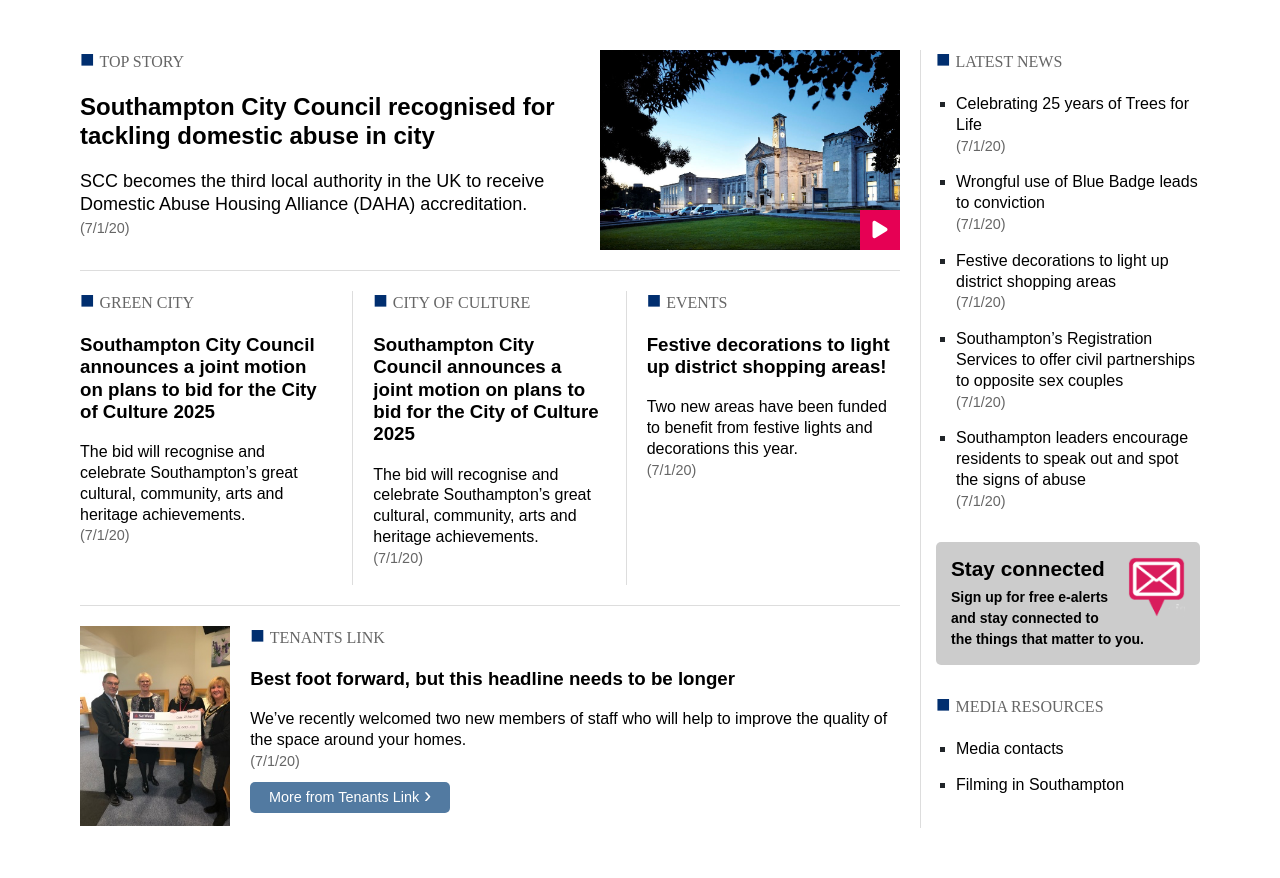
Repository: Domehead123/newspage
Page: index8.html
The author's editor kept a record of every edit. The page is drawn from the files as they stood at one moment, then again after the next edit.
The browser window is 1280 px wide. The pictures show the whole page.
Some web libraries are served in a nearby version.

Above is the page before.

After the next edit:
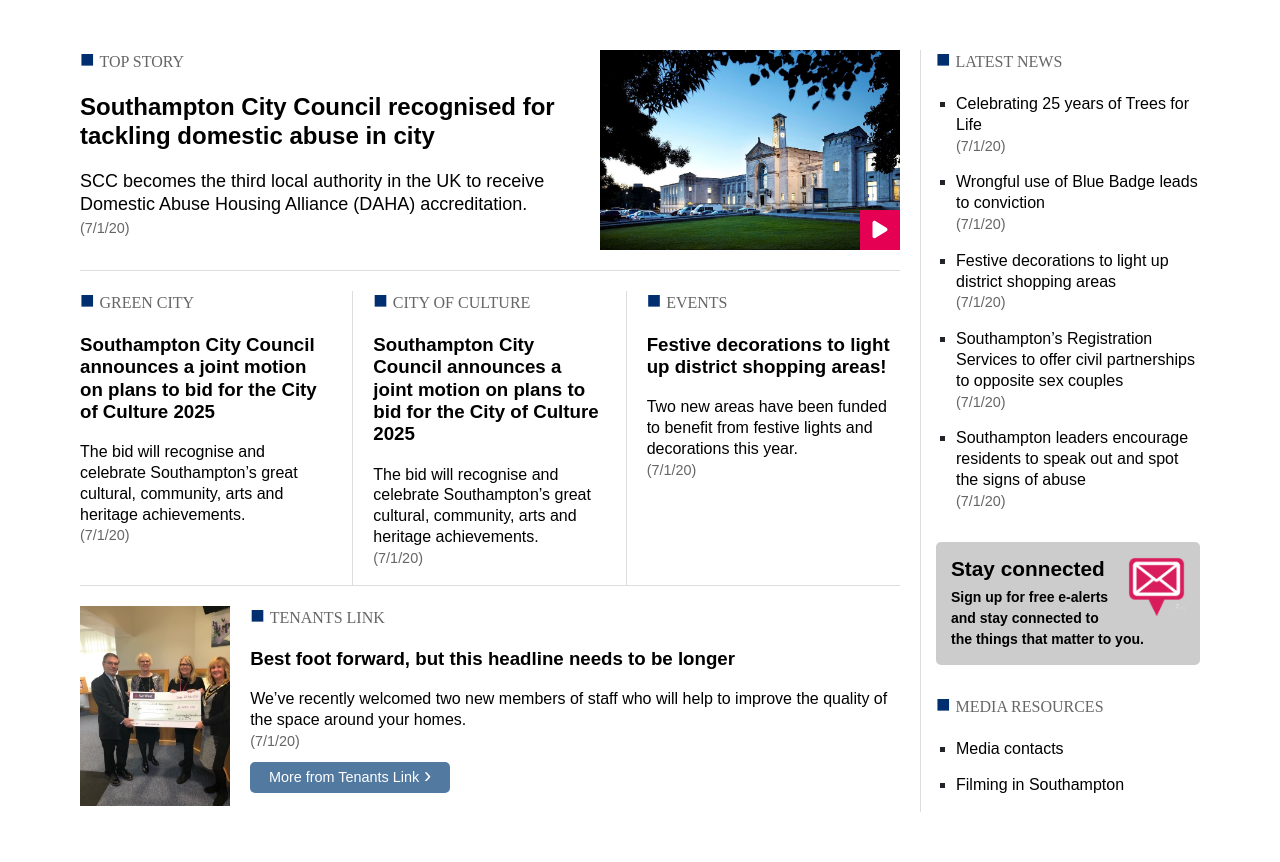
The edit:
--- a/news4.css
+++ b/news4.css
@@ -275,9 +275,7 @@
         display: none;
     }
 
-    .middle-row {
-        padding: 20px 0;
-    }
+
 
     .topic:first-of-type {
         border-right: 1px solid #ddd;

After the edit that followed:
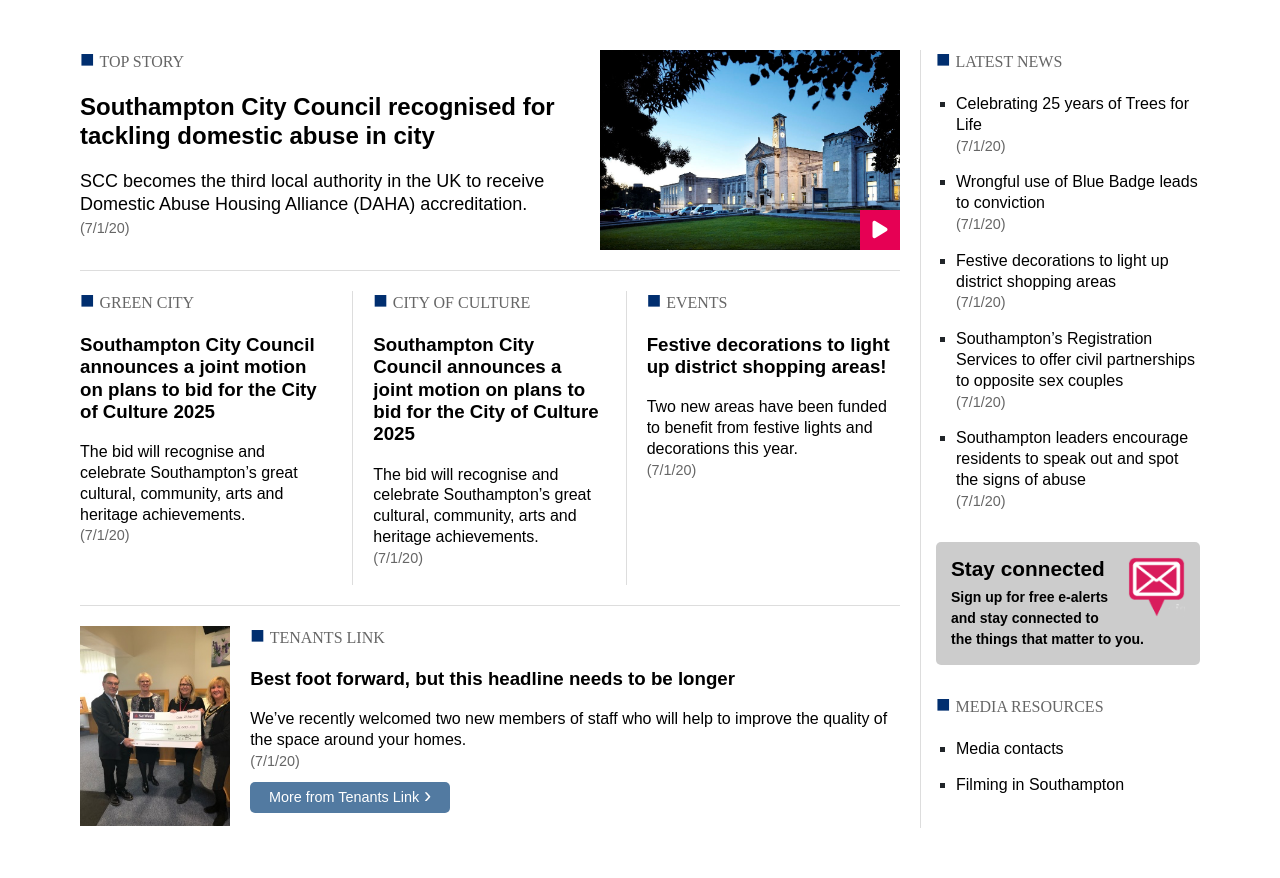
The edit:
--- a/news4.css
+++ b/news4.css
@@ -267,6 +267,10 @@
         padding-right: 35px;
     }
 
+     .middle-row {
+        padding: 20px 0;
+    }
+
     .bottom-large-pic {
         display: block;
     }
